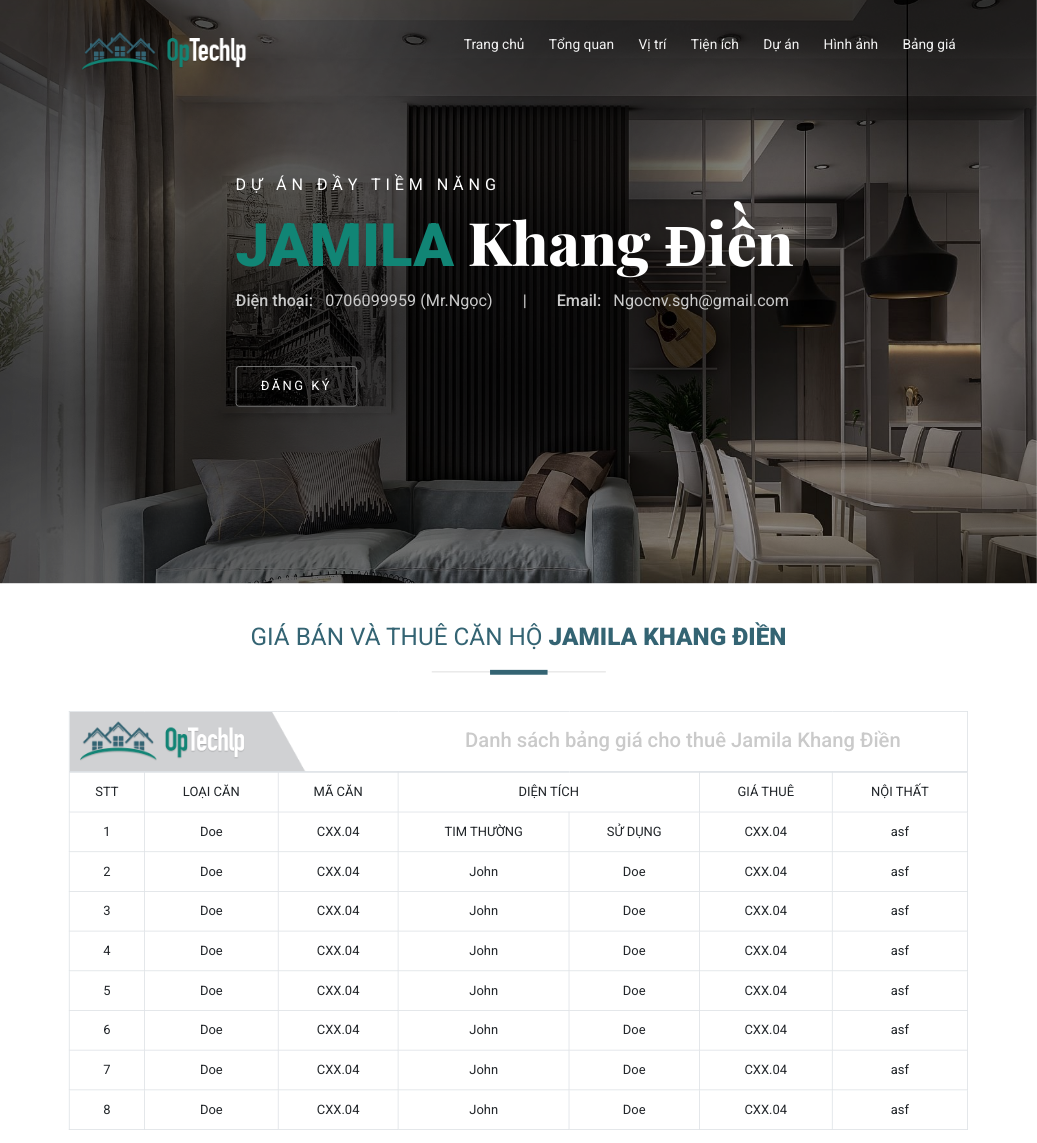
Repository: phunobi1807/Myweb
Page: index.html
These files come from the project's save history. The page is drawn as it stood at one moment and after the next save; the edit follows.
The browser window is 1280 px wide. The pictures show the whole page, at 81% of full size.
Some web fonts or font styles are not loaded; a fallback is used.

Above is the page before, as saved 2021-05-14 14:02:01.

After the next save:
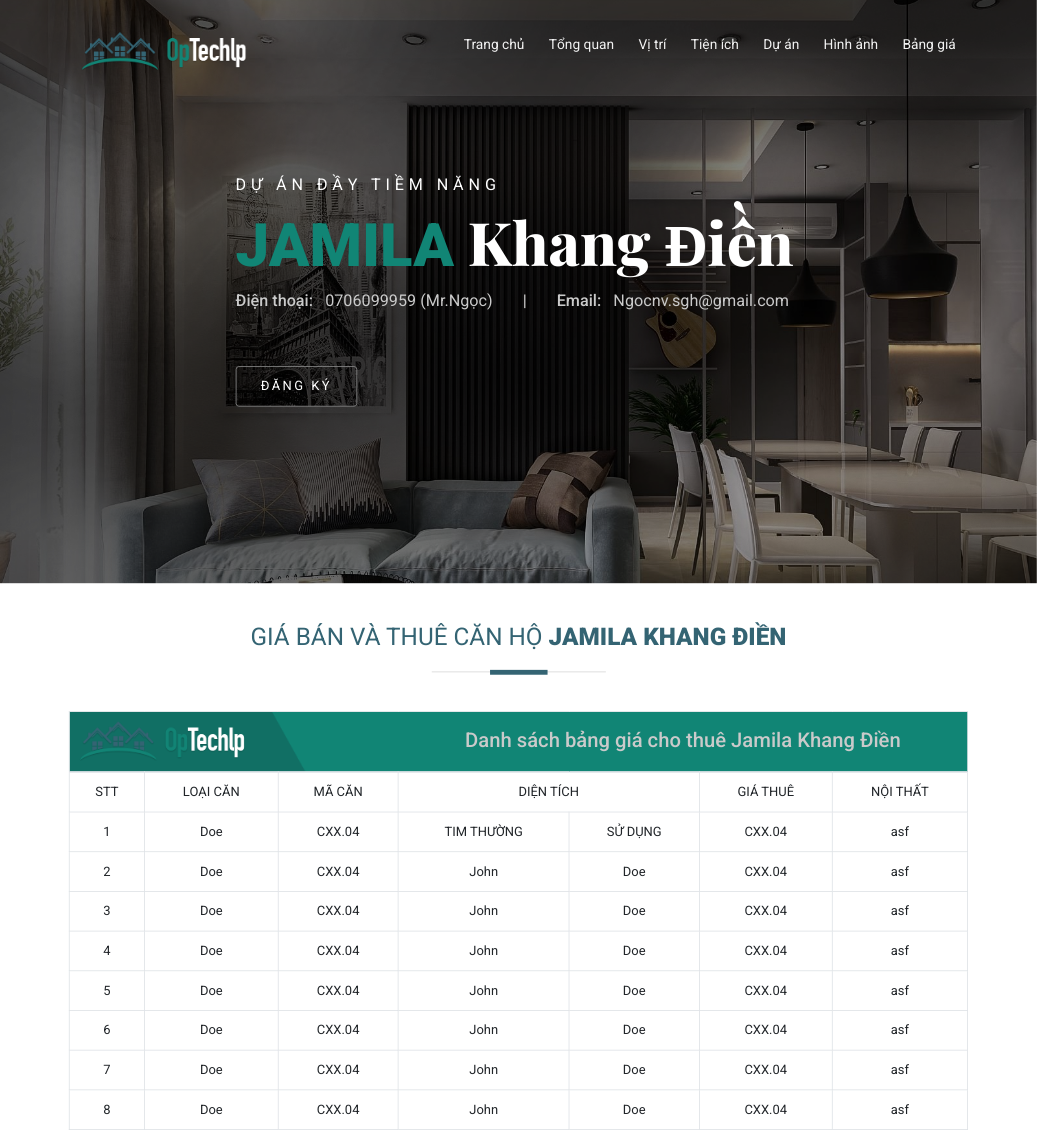
Saved 8 s later.
--- a/css/style.css
+++ b/css/style.css
@@ -205,6 +205,6 @@
     }
 
     .price-apartment table thead tr {
-        background-color: .price-apartment table;
+        background-color: #118575;
     }
     /* end giá bán căn hộ trong bảng  */
